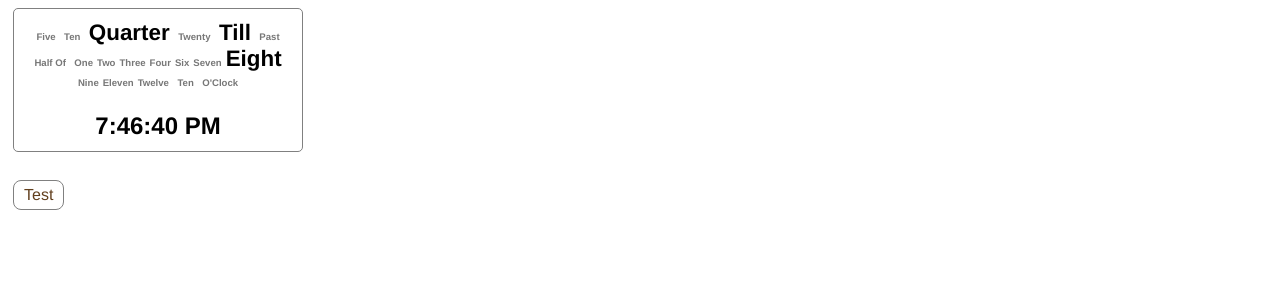
Repository: Skaidrius/WordClock
Page: index.html
The author's editor kept a record of every edit. The page is drawn from the files as they stood at one moment, then again after the next edit.
The browser window is 1280 px wide. The pictures show the whole page.
Some web libraries are served in a nearby version.

Above is the page before.

After the next edit:
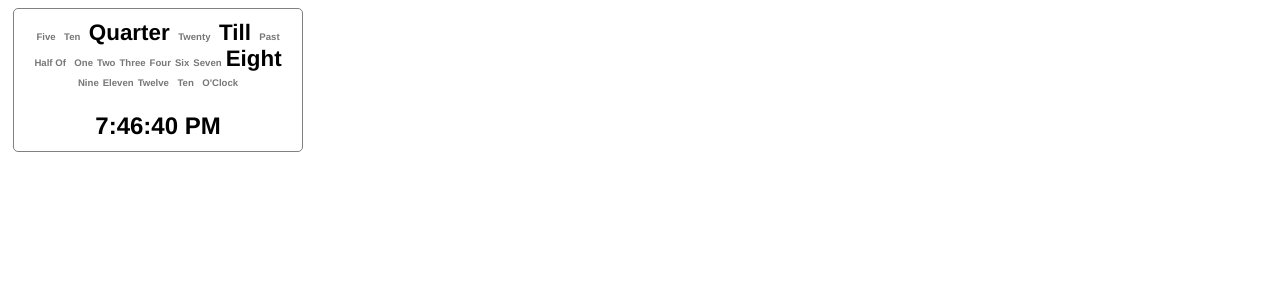
The edit:
--- a/index.html
+++ b/index.html
@@ -27,7 +27,7 @@
     </div>
 
     <div ng-controller="TestController" ng-init="currHours = '1'; currMins = '0'; currSecs = '0'">
-        <button ng-init="show=false;" ng-click="show=!show">Test</button>
+        <button ng-show="settings" ng-init="show=false;" ng-click="show=!show">Test</button>
         <div ng-show="show" >
             <show-big-clock></show-big-clock>
         </div>
